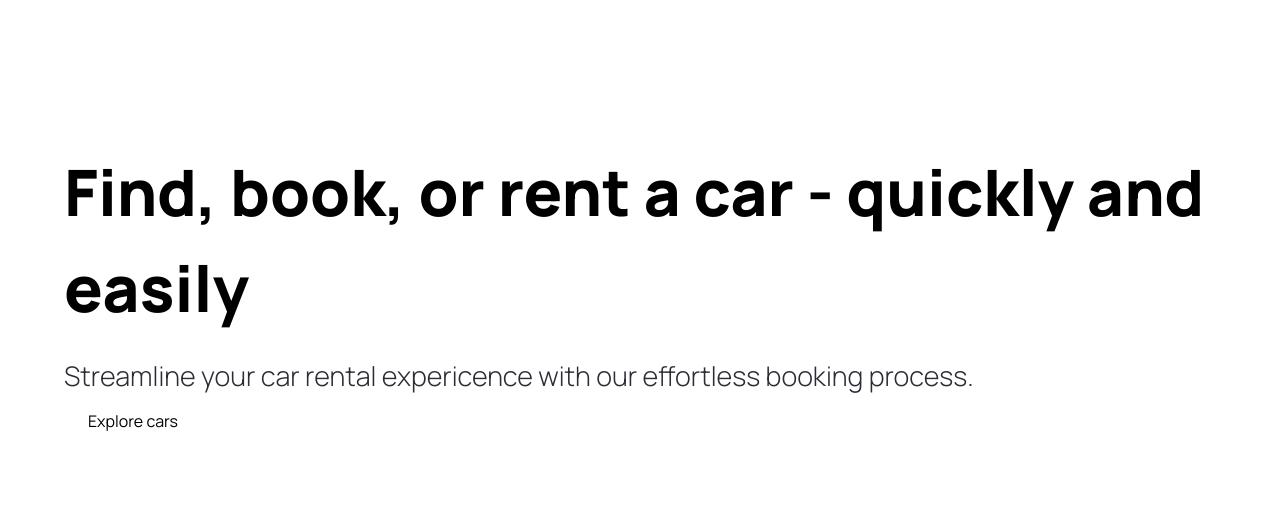
Repository: AmolPawar7181/CarHub
Page: /
The author's editor kept a copy of each file at every save. The page is drawn from the files as they stood at one save, then again after the next save.
The browser window is 1280 px wide. The pictures show the whole page.
The project was rebuilt for these pictures with package versions that can differ from the ones it lists, and the page was loaded fresh each time. The framework's server and built-in components were replaced by stand-ins that run in the browser. Also part of the build but not shown: next.config.js.

Above is the page before, as saved 2023-07-04 10:47:05.

After the next save:
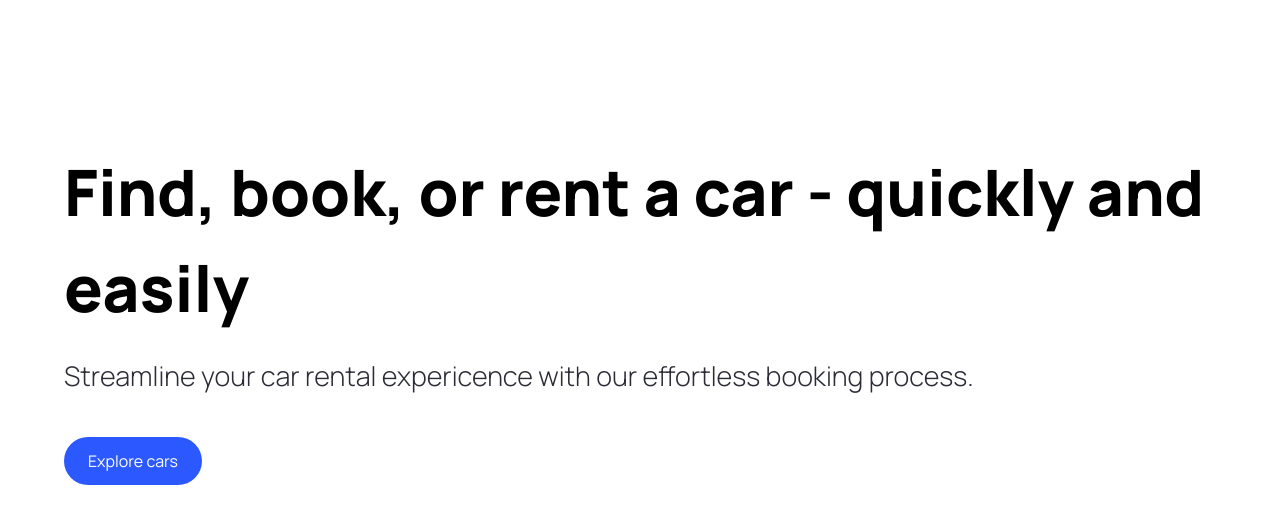
Saved 28 s later.
--- a/components/CustomButton.tsx
+++ b/components/CustomButton.tsx
@@ -12,7 +12,7 @@
 		<button
 			disabled={false}
 			type={'button'}
-			className={`custom-btn`}
+			className={`custom-btn ${containerStyles}`}
 			onClick={() => {}}
 		>
 			<span className={`flex`}>{title}</span>
